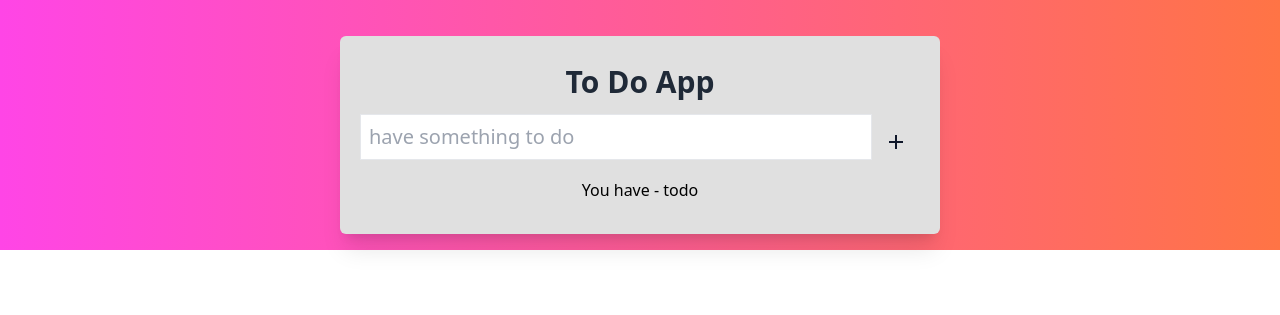
Repository: Nurlan-Bakenbaev/todoapp
Page: /
An editor plug-in stored every save of this project. The page is shown before and after a run of saves, followed by the edit.
The browser window is 1280 px wide. The pictures show the whole page.
The page's requests for data from a server got no answer. The project was rebuilt for these pictures with package versions that can differ from the ones it lists, and the page was loaded fresh each time. No one was signed in, and anything a server would have sent is missing. Also part of the build but not shown: vite.config.js, src/Todo.jsx.

Above is the page before, as saved 2023-08-27 22:39:57.

After the next 2 saves:
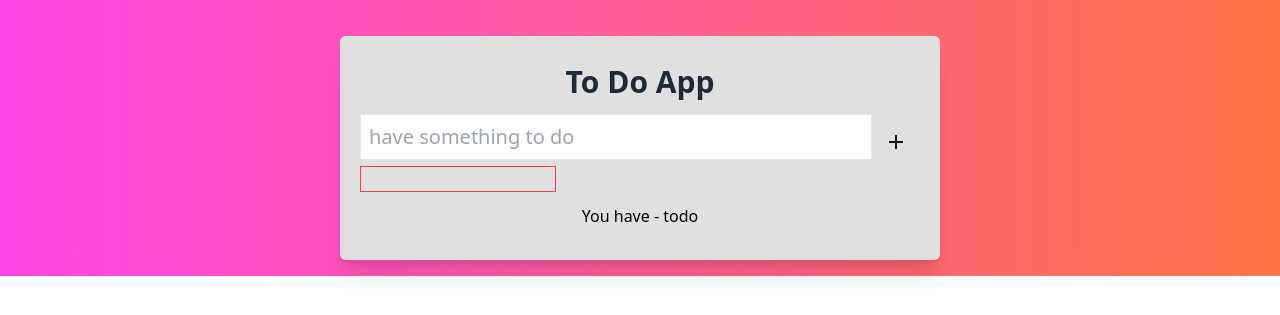
The 2 saves are shown as one change because they came seconds apart.
The last was saved 11 s later.
--- a/src/App.jsx
+++ b/src/App.jsx
@@ -85,7 +85,7 @@ function App() {
             <AddIcon />
           </button>
         </form>
-        <div className={alert}>
+        <div className={style.alert}>
           <p className={isAlert ? "animate-bounce" : "hidden"}>
             Enter a valid todo
           </p>
